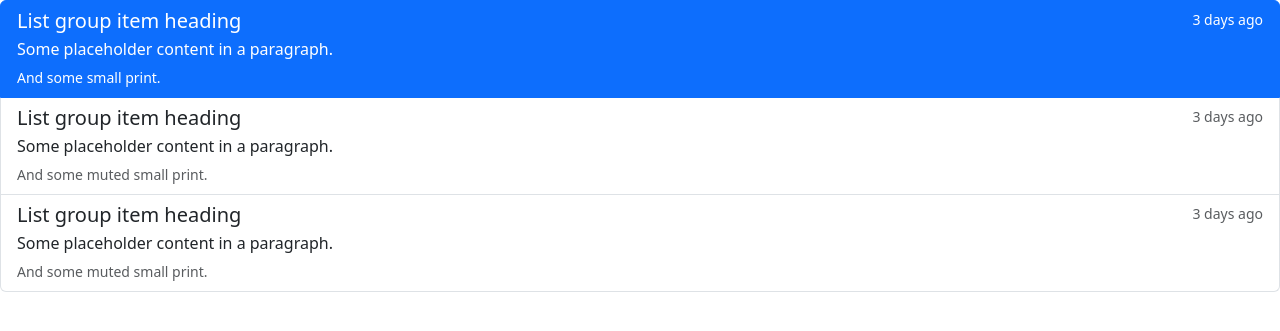
Repository: ahmad-dev7/TrendWear
Page: / (app in trend_wear_dashboard/)
These files come from the project's save history. The page is drawn as it stood at one moment and after the next save; the edit follows.
The browser window is 1280 px wide. The pictures show the whole page.
The project was rebuilt for these pictures with package versions that can differ from the ones it lists, and the page was loaded fresh each time. Also part of the build but not shown: trend_wear_dashboard/vite.config.ts.

Above is the page before, as saved 2025-01-19 12:43:49.

### trend_wear_dashboard/index.html
<!doctype html>
<html lang="en">

<head>
  <meta charset="UTF-8" />
  <link rel="icon" type="image/svg+xml" href="/vite.svg" />
  <meta name="viewport" content="width=device-width, initial-scale=1.0" />
  <title>Trend Wear</title>
</head>

<body>
  <div id="root"></div>
  <script type="module" src="/src/main.tsx"></script>
</body>

</html>

### trend_wear_dashboard/src/App.tsx
function App() {
  return (
    <>
      <div className="list-group">
        <a
          href="#"
          className="list-group-item list-group-item-action active"
          aria-current="true"
        >
          <div className="d-flex w-100 justify-content-between">
            <h5 className="mb-1">List group item heading</h5>
            <small>3 days ago</small>
          </div>
          <p className="mb-1">Some placeholder content in a paragraph.</p>
          <small>And some small print.</small>
        </a>
        <a href="#" className="list-group-item list-group-item-action">
          <div className="d-flex w-100 justify-content-between">
            <h5 className="mb-1">List group item heading</h5>
            <small className="text-body-secondary">3 days ago</small>
          </div>
          <p className="mb-1">Some placeholder content in a paragraph.</p>
          <small className="text-body-secondary">
            And some muted small print.
          </small>
        </a>
        <a href="#" className="list-group-item list-group-item-action">
          <div className="d-flex w-100 justify-content-between">
            <h5 className="mb-1">List group item heading</h5>
            <small className="text-body-secondary">3 days ago</small>
          </div>
          <p className="mb-1">Some placeholder content in a paragraph.</p>
          <small className="text-body-secondary">
            And some muted small print.
          </small>
        </a>
      </div>
    </>
  );
}

export default App;

### trend_wear_dashboard/src/Sections/Sidebar.tsx
const Sidebar = () => {
  return (
    <>
      <div className="list-group">
        <div className="d-flex w-100 justify-content-between">
          <h5 className="mb-1">List group item heading</h5>
        </div>

        <a href="#" className="list-group-item list-group-item-action">
          <div className="d-flex w-100 justify-content-between">
            <h5 className="mb-1">List group item heading</h5>
            <small className="text-body-secondary">3 days ago</small>
          </div>
          <p className="mb-1">Some placeholder content in a paragraph.</p>
          <small className="text-body-secondary">
            And some muted small print.
          </small>
        </a>
        <a href="#" className="list-group-item list-group-item-action">
          <div className="d-flex w-100 justify-content-between">
            <h5 className="mb-1">List group item heading</h5>
            <small className="text-body-secondary">3 days ago</small>
          </div>
          <p className="mb-1">Some placeholder content in a paragraph.</p>
          <small className="text-body-secondary">
            And some muted small print.
          </small>
        </a>
      </div>
    </>
  );
};

export default Sidebar;

Loaded but not shown: trend_wear_dashboard/src/main.tsx (common file)

After the next save:
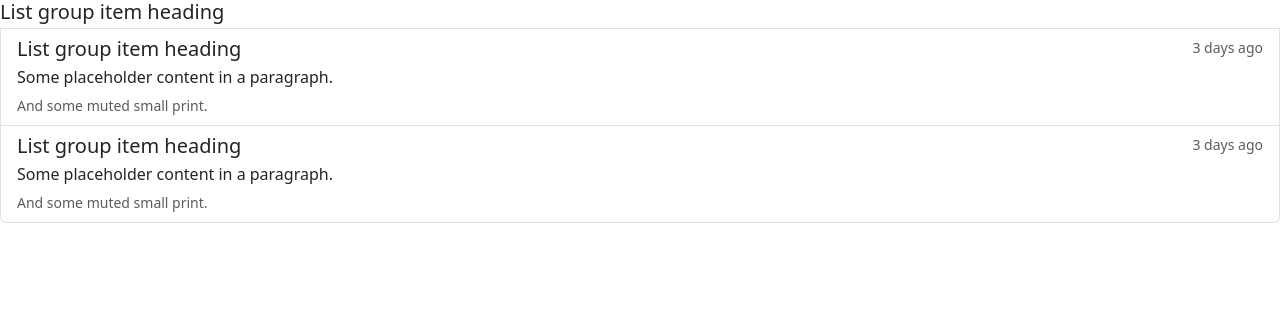
Saved 23 s later.
--- a/trend_wear_dashboard/src/App.tsx
+++ b/trend_wear_dashboard/src/App.tsx
@@ -1,40 +1,9 @@
+import Sidebar from "./Sections/Sidebar";
+
 function App() {
   return (
     <>
-      <div className="list-group">
-        <a
-          href="#"
-          className="list-group-item list-group-item-action active"
-          aria-current="true"
-        >
-          <div className="d-flex w-100 justify-content-between">
-            <h5 className="mb-1">List group item heading</h5>
-            <small>3 days ago</small>
-          </div>
-          <p className="mb-1">Some placeholder content in a paragraph.</p>
-          <small>And some small print.</small>
-        </a>
-        <a href="#" className="list-group-item list-group-item-action">
-          <div className="d-flex w-100 justify-content-between">
-            <h5 className="mb-1">List group item heading</h5>
-            <small className="text-body-secondary">3 days ago</small>
-          </div>
-          <p className="mb-1">Some placeholder content in a paragraph.</p>
-          <small className="text-body-secondary">
-            And some muted small print.
-          </small>
-        </a>
-        <a href="#" className="list-group-item list-group-item-action">
-          <div className="d-flex w-100 justify-content-between">
-            <h5 className="mb-1">List group item heading</h5>
-            <small className="text-body-secondary">3 days ago</small>
-          </div>
-          <p className="mb-1">Some placeholder content in a paragraph.</p>
-          <small className="text-body-secondary">
-            And some muted small print.
-          </small>
-        </a>
-      </div>
+      <Sidebar />
     </>
   );
 }
